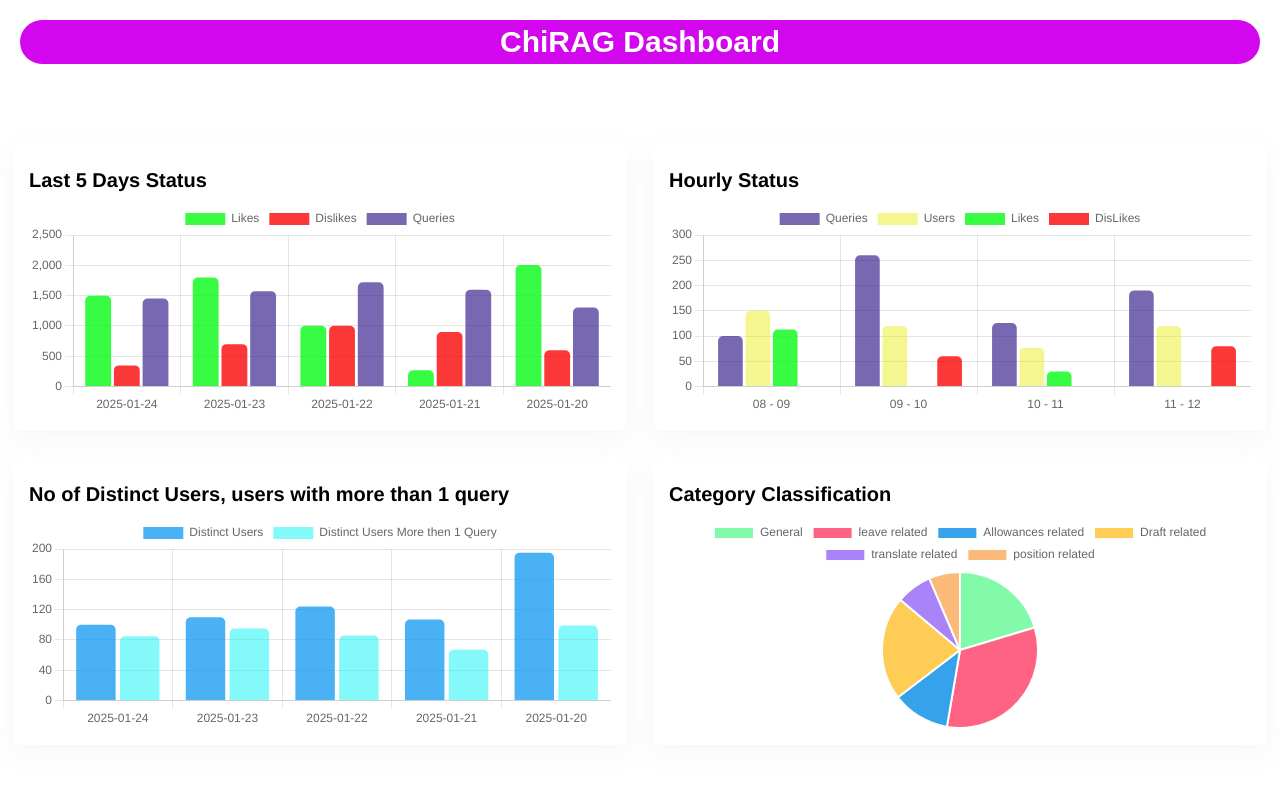
Repository: NAGARAJ-DEVELOPER/Dashboard
Page: /
The author's editor kept a copy of each file at every save. The page is drawn from the files as they stood at one save, then again after the next save.
The browser window is 1280 px wide. The pictures show the whole page.
The project was rebuilt for these pictures with package versions that can differ from the ones it lists, and the page was loaded fresh each time. Also part of the build but not shown: vite.config.js.

Above is the page before, as saved 2025-02-16 16:36:15.

### src/App.jsx
import React from "react";
import { Chart as ChartJS, defaults } from "chart.js/auto";
import { Bar, Doughnut, Line, Pie } from "react-chartjs-2";
import { useState,useEffect } from "react";

import "./App.css";




defaults.maintainAspectRatio = false;
defaults.responsive = true;

defaults.plugins.title.display = true;
defaults.plugins.title.align = "start";
defaults.plugins.title.font.size = 20;
defaults.plugins.title.color = "black";

export const App = () => {

  const [Week, setWeekData] = useState([]);
  const [toady, setTodayData] = useState([]);
  const [user, setUserData] = useState([]);
  const [category, setCategoryData] = useState([]);

  useEffect(() => {
      fetch("./config.json") // Load config file
          .then((response) => response.json())
          .then((config) => {
              // Fetch JSON files dynamically
              console.log("Success");
              loadJSON(config.week, setWeekData);
              loadJSON(config.today, setTodayData);
              loadJSON(config.user, setUserData);
              loadJSON(config.category, setCategoryData);
          })
          .catch((error) => console.error("Error loading config.json:", error));
  }, []);

  const loadJSON = (path, setter) => {
      fetch(path)
          .then((response) => response.json())
          .then((data) => setter(data))
          .catch((error) => console.error(`Error loading ${path}:`, error));
  };

  return (
   <>
   <div className="HeaderStyle">
   <h1 >ChiRAG Dashboard</h1>
   </div>
    <div className="App">

        <div className="dataCard categoryCard">
        <Bar
          data={{
            labels: Week.map((data) => data.DATE1),
            datasets: [
              {
                label: "Likes",
                data: Week.map((data) => data.number_of_likes),
                backgroundColor: [
             "rgba(7, 250, 20, 0.8)",
                ],
                borderRadius: 5,
              },
              {
                label: "Dislikes",
                data: Week.map((data) => data.number_of_dislikes),
                backgroundColor: [

                  "rgba(250, 7, 7, 0.8)",

                ],
                borderRadius: 5,
              },
              {
                label: "Queries",
                data: Week.map((data) => data.number_of_ques),
                backgroundColor: [
                  "rgba(63, 40, 145, 0.7)",
                ],
                borderRadius: 5,
              },
            ],
          }}
          options={{
            plugins: {
              title: {
                text: "Last 5 Days Status",
              },
            },
          }}
        />
      </div>


      <div className="dataCard categoryCard">
        <Bar
          data={{
            labels: toady.map((data) => data.B_TIME),
            datasets: [
              {
                label: "Queries",
                data: toady.map((data) => data.C_Questions),
                backgroundColor: [
                  "rgba(63, 40, 145, 0.7)",
                ],
                borderRadius: 5,
              },
              {
                label: "Users",
                data: toady.map((data) => data.D_Users),
                backgroundColor: [

                  "rgba(231, 235, 8, 0.45)",

                ],
                borderRadius: 5,
              },
              {
                label: "Likes",
                data: toady.map((data) => data.F_Likes),
                backgroundColor: [
                  "rgba(7, 250, 20, 0.8)",
                ],
                borderRadius: 5,
              },
              {
                label: "DisLikes",
                data: toady.map((data) => data.Dis_Likes),
                backgroundColor: [
                  "rgba(250, 7, 7, 0.8)",
                ],
                borderRadius: 5,
              },
            ],
          }}
          options={{
            plugins: {
              title: {
                text: "Hourly Status",
              },
            },
          }}
        />
      </div>


      <div className="dataCard categoryCard">
        <Bar
          data={{
            labels: user.map((data) => data.DATE1),
            datasets: [
              {
                label: "Distinct Users",
                data: user.map((data) => data.number_of_distinct_users),
                backgroundColor: 'rgba(9, 149, 241, 0.73)',
                borderRadius: 5,
              },
              {
                label: "Distinct Users More then 1 Query",
                data: user.map((data) => data.Distinct_Users_more_1query),
                backgroundColor:'rgba(10, 243, 243, 0.5)',
                borderRadius: 5,
              },
            ],
          }}
          options={{
            plugins: {
              title: {
                text: "No of Distinct Users, users with more than 1 query",
              },
            },
          }}
        />
      </div>


      <div className="dataCard categoryCard">
        <Pie
          data={{
            labels: category.map((data) => data.category),
            datasets: [
              {
                label: "Count",
                data: category.map((data) => data.COUNT_CAT),
                backgroundColor: [
                  'rgba(7, 245, 86, 0.5)',
         'rgb(255, 99, 132)',
      'rgb(54, 162, 235)',
      'rgb(255, 205, 86)',
        'rgba(86, 6, 245, 0.5)',
        'rgba(247, 129, 11, 0.55)',
                ],
                borderColor: [
                  'rgb(250, 255, 251)',
                  'rgb(250, 255, 251)',
                  'rgb(250, 255, 251)',
                  'rgb(250, 255, 251)',
                  'rgb(250, 255, 251)',
                  'rgb(250, 255, 251)',
                ],animation :Pie,
              },
            ],
          }}
          options={{
            plugins: {
              title: {
                text: "Category Classification",
              },
            },
          }}
        />
      </div>
    </div>
    </>
  );
};

### src/App.css
.App {
  height: 100vh;
  width: 100%;
  display: flex;
  flex-direction: row;
  align-items: center;
  justify-content: center;
  align-content: center;
  gap: 2vw;
  flex-wrap: wrap;
  background-color: #ffffff;
  overflow: auto;
}
.HeaderStyle{
  font-size: 15px;
  display: flex;
  justify-content: center; /* Horizontal alignment */
  align-items: center; /* Vertical alignment */
  background-color:  #d307ee;
  color: #ffffff;
  border-radius: 30px;
  margin: 20px;
  font-weight: bold;
  padding: 5px;
  border-color: #bdda1c;
}
.dotted {
  border-top: 20px dotted #0a0a0a;
}
.vl {
  border-left: 2px dashed rgb(8, 8, 8);
  height: 98%;
  position: absolute;
  left: 49%;
  margin-left: -3px;
  top: 0;
}
.dataCard {
  background-color: #ffffff;
  border-radius: 0.5em;
  box-shadow: rgba(208, 210, 218, 0.2) 0px 8px 24px;
  padding: 1em;
}

.revenueCard {
  width: 92%;
  height: 20rem;
}

.customerCard {
  width: 50%;
  height: 19rem;
}

.categoryCard {
  width: 48%;
  height: 18rem;
}

### public/config.json
{
    "week": "data/7days.json",
    "today": "data/Today.json",
    "user": "data/Users.json",
    "category": "data/Category.json"
  }

### public/data/7days.json
[
    {  "DATE1": "2025-01-24", "number_of_dislikes": 350, "number_of_likes": 1500,  "number_of_ques": 1452 },
    {  "DATE1": "2025-01-23", "number_of_dislikes": 700, "number_of_likes": 1800,  "number_of_ques": 1574 },
    {  "DATE1": "2025-01-22", "number_of_dislikes": 1003, "number_of_likes": 1005,  "number_of_ques": 1720 },
    {  "DATE1": "2025-01-21", "number_of_dislikes": 900, "number_of_likes": 270,  "number_of_ques": 1596 },
    {  "DATE1": "2025-01-20", "number_of_dislikes": 600, "number_of_likes": 2005,  "number_of_ques": 1304 }
  ]

### public/data/Today.json
[
  { "A_DATE": "2025-01-27", "B_TIME": "08 - 09", "C_Questions": 100, "D_Users": 150 ,"F_Likes": 113},
  { "A_DATE": "2025-01-27",  "B_TIME": "09 - 10", "C_Questions": 260, "D_Users": 120,"Dis_Likes":60},
  { "A_DATE": "2025-01-27", "B_TIME": "10 - 11", "C_Questions": 126, "D_Users": 77, "F_Likes": 30 },
  { "A_DATE": "2025-01-27", "B_TIME": "11 - 12", "C_Questions": 190, "D_Users": 120,"Dis_Likes":80 }
]

### public/data/Users.json
[
  {  "DATE1": "2025-01-24", "number_of_distinct_users": 100, "Distinct_Users_more_1query": 85 },
  {  "DATE1": "2025-01-23", "number_of_distinct_users": 110, "Distinct_Users_more_1query": 95 },
  {  "DATE1": "2025-01-22", "number_of_distinct_users": 124, "Distinct_Users_more_1query": 86  },
  {  "DATE1": "2025-01-21", "number_of_distinct_users": 107, "Distinct_Users_more_1query": 67  },
  {  "DATE1": "2025-01-20", "number_of_distinct_users": 195, "Distinct_Users_more_1query": 99  }
]

### public/data/Category.json
[
  { "category": "General", "COUNT_CAT": 2434 },
  { "category": "leave related", "COUNT_CAT": 3870 },
  { "category": "Allowances related", "COUNT_CAT": 1430 },
  { "category": "Draft related", "COUNT_CAT": 2569 },
  { "category": "translate related", "COUNT_CAT": 891 },
  { "category": "position related", "COUNT_CAT": 770 }
]

Loaded but not shown: index.html (common file); src/main.jsx (common file); src/index.css (common file)

After the next save:
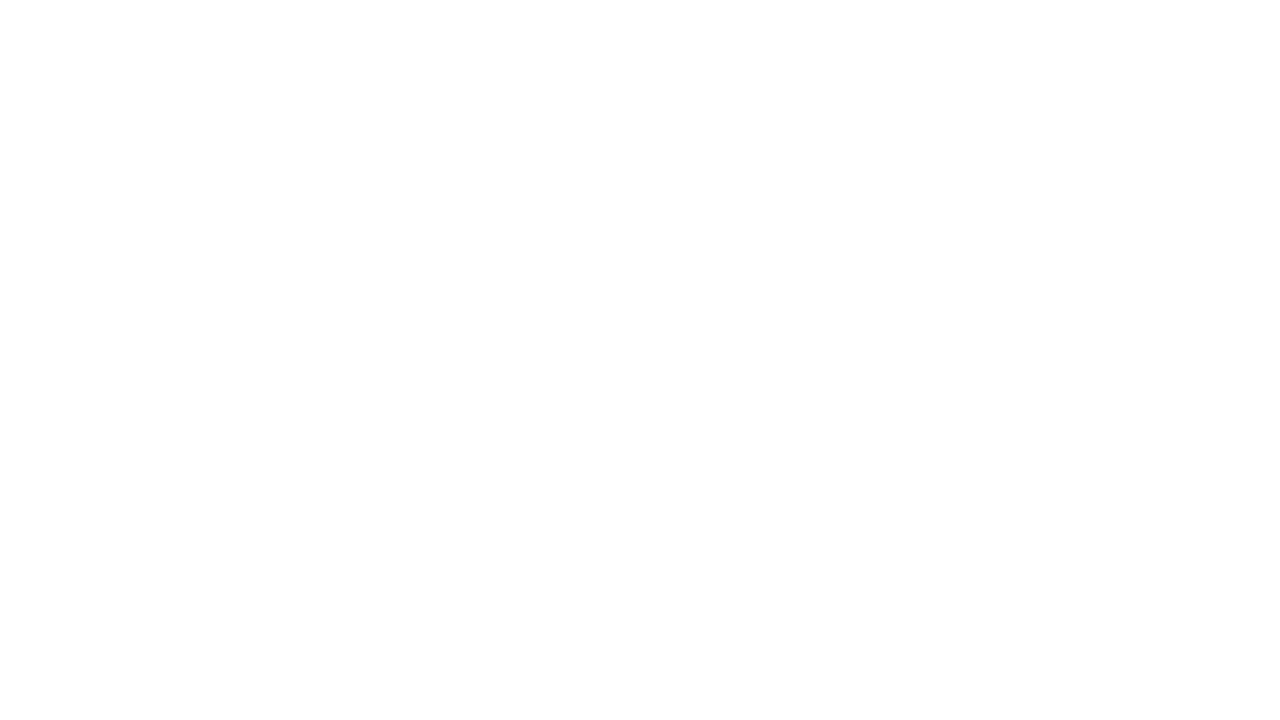
Console error: ReferenceError: center is not defined
Saved 2 min 0 s later.
--- a/src/App.jsx
+++ b/src/App.jsx
@@ -140,6 +140,7 @@
             plugins: {
               title: {
                 text: "Hourly Status",
+                Position: center,
               },
             },
           }}

After the save that followed:
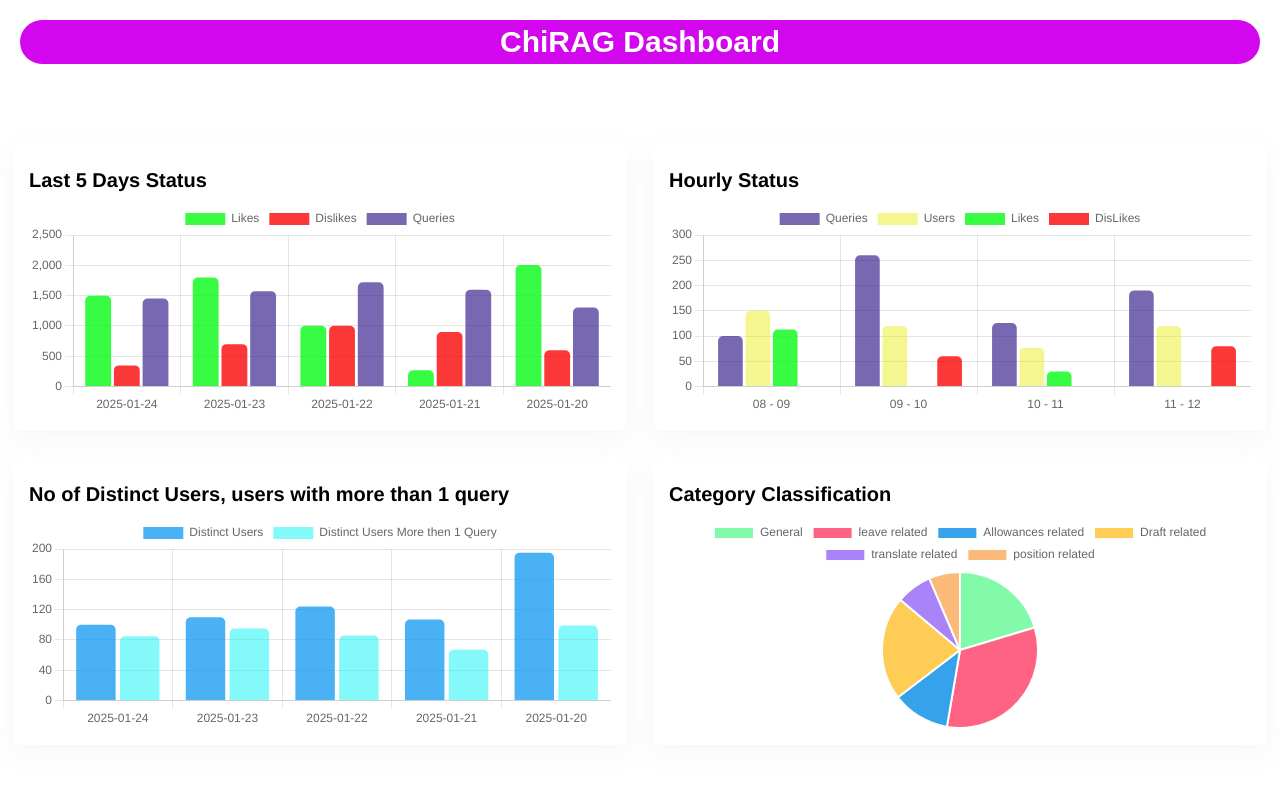
The error is gone.
Saved 17 s later.
--- a/src/App.jsx
+++ b/src/App.jsx
@@ -140,7 +140,7 @@
             plugins: {
               title: {
                 text: "Hourly Status",
-                Position: center,
+                Position: "center",
               },
             },
           }}
